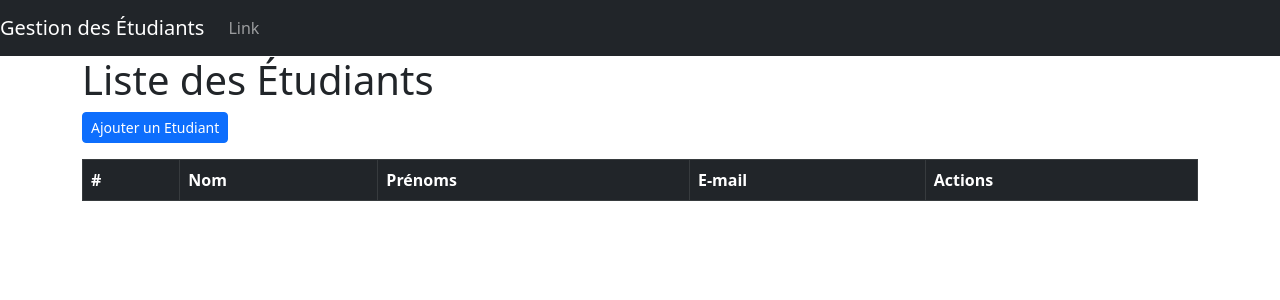
Repository: daniel10027/DJ-Spring
Page: http://localhost/students
An editor plug-in stored every save of this project. The page is shown before and after the next save, followed by the edit.
The browser window is 1280 px wide. The pictures show the whole page.
The page is this project's Thymeleaf template; nobody is signed in. The template is opened directly, without the code that normally fills it, so the values that code supplies are empty.

Above is the page before, as saved 2022-07-02 13:49:09.

### student-management-system/src/main/resources/templates/students.html
<!doctype html>
<html lang="en" xmlns:th="http://www.thymeleaf.org">
  <head>
    <meta charset="utf-8">
    <meta name="viewport" content="width=device-width, initial-scale=1">
    <title>Students Views</title>
    <link href="https://cdn.jsdelivr.net/npm/bootstrap@5.2.0-beta1/dist/css/bootstrap.min.css" rel="stylesheet" integrity="sha384-0evHe/X+R7YkIZDRvuzKMRqM+OrBnVFBL6DOitfPri4tjfHxaWutUpFmBp4vmVor" crossorigin="anonymous">
  </head>
  <body>

  <nav class="navbar navbar-expand-md bg-dark navbar-dark">
  <!-- Brand -->
  <a class="navbar-brand" href="#">Gestion des Étudiants</a>

  <!-- Toggler/collapsibe Button -->
  <button class="navbar-toggler" type="button" data-toggle="collapse" data-target="#collapsibleNavbar">
    <span class="navbar-toggler-icon"></span>
  </button>

  <!-- Navbar links -->
  <div class="collapse navbar-collapse" id="collapsibleNavbar">
    <ul class="navbar-nav">
      <li class="nav-item">
        <a class="nav-link" href="#">Link</a>
      </li>
    </ul>
  </div>
</nav>


   <div class="container">
	   <div class="row">
	   		<h1>Liste des Étudiants</h1>
	   </div>
	    <div class="row">
	   		 <div class="col-lg-3" >
	   		<a th:href="@{/students/new}" class="btn btn-primary btn-sm mb-3">Ajouter un Etudiant</a>
	   </div>
	   </div>

	   <table class="table table-striped table-bordered">
		  <thead class="table-dark">
		    <tr>
		      <th scope="col">#</th>
		      <th scope="col">Nom</th>
		      <th scope="col">Prénoms</th>
		      <th scope="col">E-mail</th>
		      <th scope="col">Actions</th>
		    </tr>
		  </thead>
		  <tbody>
		    <tr th:each = "student: ${students}">
		      <th th:text = "${student.id}"></td>
		      <td th:text = "${student.firstName}"></td>
		      <td th:text = "${student.lastName}"></td>
		      <td th:text = "${student.email}"></td>
		      <td></td>
		    </tr>
		  </tbody>
	</table>

   </div>
    <script src="https://cdn.jsdelivr.net/npm/bootstrap@5.2.0-beta1/dist/js/bootstrap.bundle.min.js" integrity="sha384-pprn3073KE6tl6bjs2QrFaJGz5/SUsLqktiwsUTF55Jfv3qYSDhgCecCxMW52nD2" crossorigin="anonymous"></script>
  </body>
</html>

After the next save:
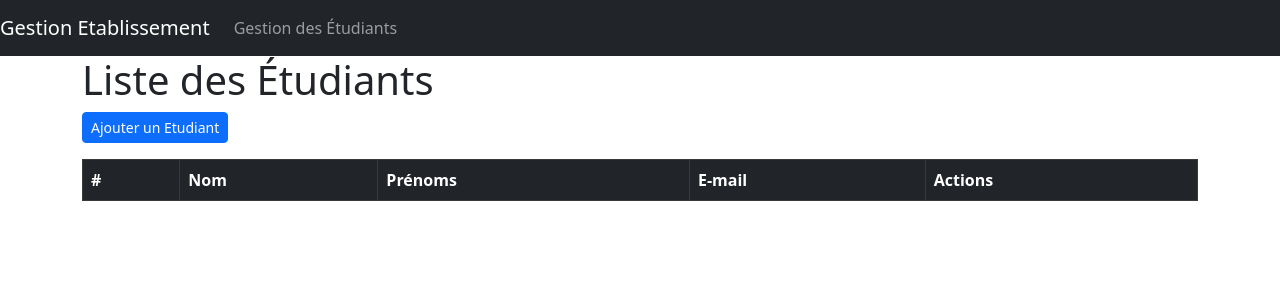
Saved 57 s later.
--- a/student-management-system/src/main/resources/templates/students.html
+++ b/student-management-system/src/main/resources/templates/students.html
@@ -10,7 +10,7 @@
 
   <nav class="navbar navbar-expand-md bg-dark navbar-dark">
   <!-- Brand -->
-  <a class="navbar-brand" href="#">Gestion des Étudiants</a>
+  <a class="navbar-brand" href="#">Gestion Etablissement</a>
 
   <!-- Toggler/collapsibe Button -->
   <button class="navbar-toggler" type="button" data-toggle="collapse" data-target="#collapsibleNavbar">
@@ -21,7 +21,7 @@
   <div class="collapse navbar-collapse" id="collapsibleNavbar">
     <ul class="navbar-nav">
       <li class="nav-item">
-        <a class="nav-link" href="#">Link</a>
+        <a class="nav-link" th:href="@{/students}" >Gestion des Étudiants</a>
       </li>
     </ul>
   </div>
